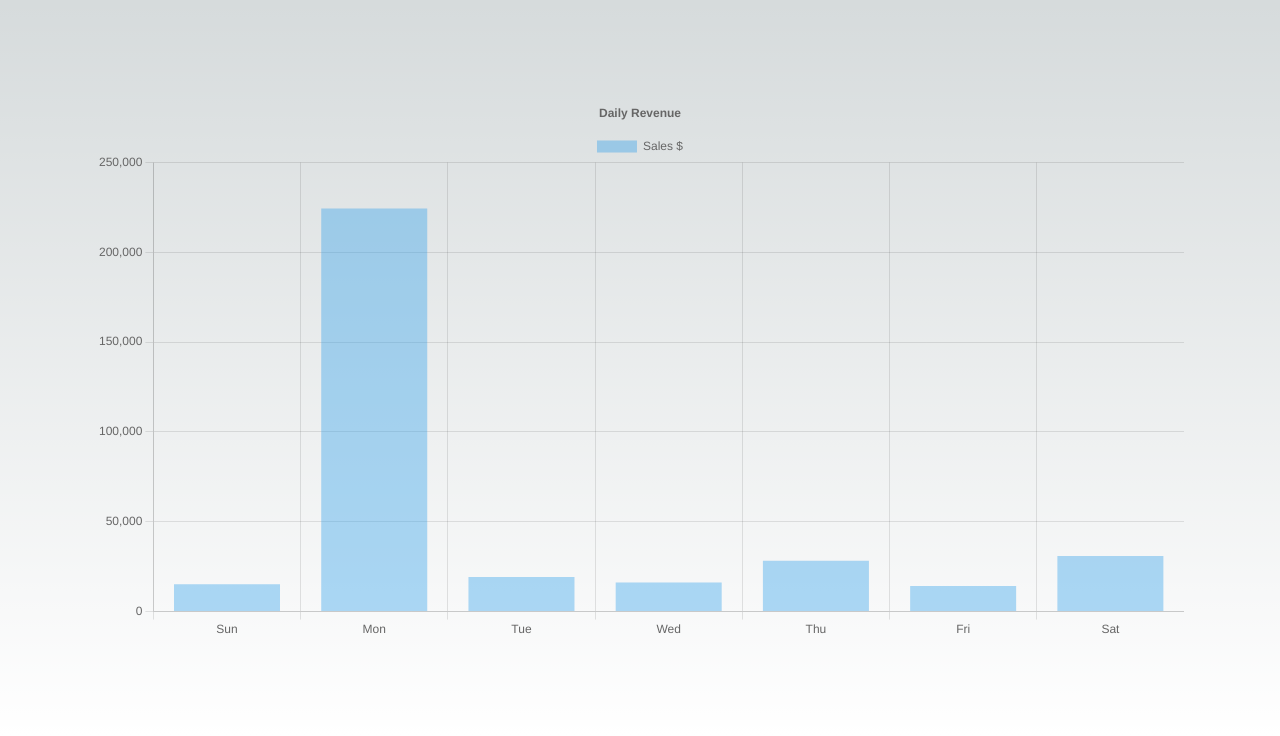
Repository: Ktan61/exercise-5
Page: /
An editor plug-in stored every save of this project. The page is shown before and after the next save, followed by the edit.
The browser window is 1280 px wide. The pictures show the whole page.
The project was rebuilt for these pictures with package versions that can differ from the ones it lists, and the page was loaded fresh each time. The framework's server and built-in components were replaced by stand-ins that run in the browser. Also part of the build but not shown: next.config.mjs.

Above is the page before, as saved 2024-04-15 10:19:41.

### pages/index.js
import styles from "@/styles/Home.module.css";
import VerticalChart from "@/components/VerticalChart";

export default function Home() {
  return (
    <>
      <main className={`${styles.main}`}>
        <VerticalChart/>
      </main>
    </>
  );
}

### components/VerticalChart/index.js
import styles from './VerticalChart.module.css'
import { Bar } from 'react-chartjs-2'

import {
    Chart as ChartJS,
    CategoryScale,
    LinearScale,
    BarElement,
    Title,
    Tooltip,
    Legend
} from 'chart.js'

import { useEffect, useState } from 'react'

ChartJS.register(
    CategoryScale,
    LinearScale,
    BarElement,
    Title,
    Tooltip,
    Legend
)

export default function VerticalChart() {
    const [chartData, setChartData] = useState({
        datasets: []
    })
    const [chartOptions, setChartOptions] = useState({});

    useEffect(() => {
        setChartData({
            labels: ["Sun", "Mon", "Tue", "Wed", "Thu", "Fri", "Sat"],
            datasets: [
                {
                    label: 'Sales $',
                    data: [15234, 224382, 19245, 16243, 28356, 14235, 31000],
                    borderColor: 'rgb(53, 162, 235)',
                    backgroundColor: 'rgba(53, 162, 235, 0.4)'
                }
            ]
        })

        setChartOptions({
            plugins: {
                legend: {
                    position: 'top'
                },
                title: {
                    display: true,
                    text: "Daily Revenue"
                }
            },
            maintainAspectRatio: false,
            responsive: true
        })
    }, [])

    return (
        <>
            <Bar data={chartData} options={chartOptions} style={{width: "500px", height: "300px"}}/>
        </>
    )
}

Loaded but not shown: pages/_app.js (common file); pages/_document.js (common file); styles/globals.css (common file); styles/Home.module.css (common file); components/VerticalChart/VerticalChart.module.css (no stored copy; drawn as an empty file)

After the next save:
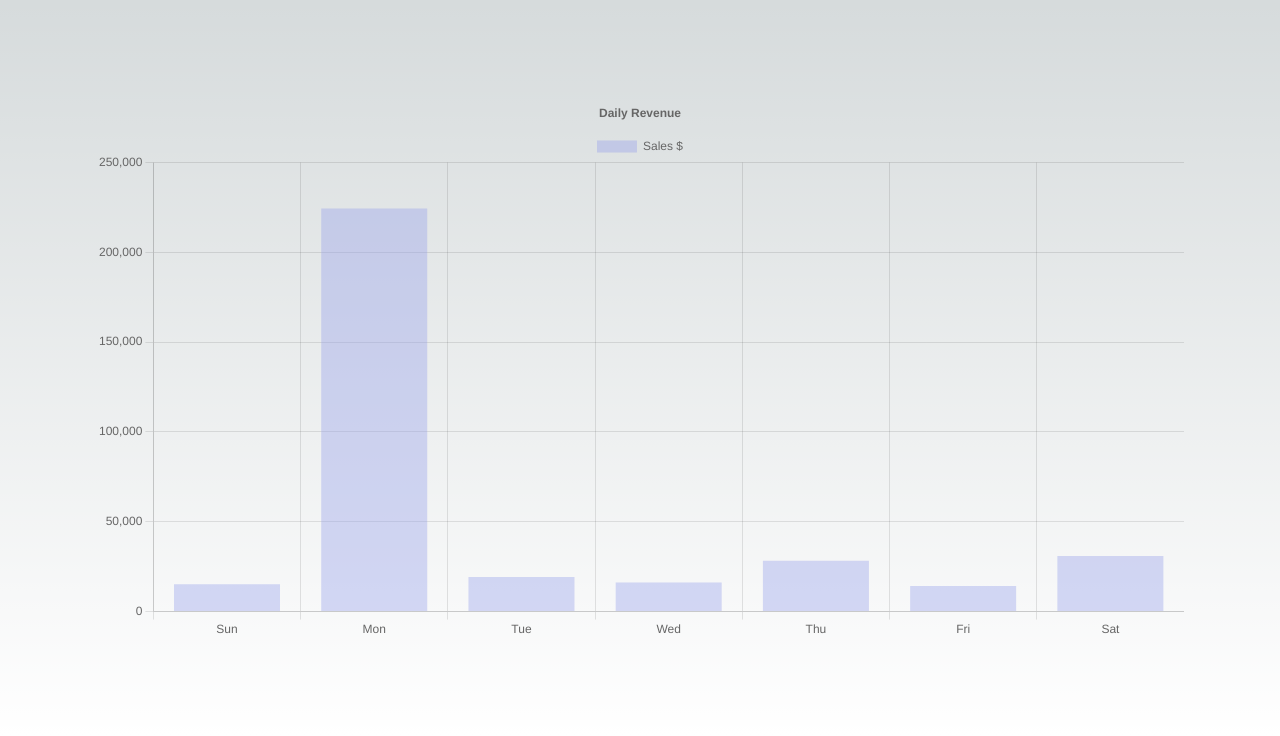
Saved 4 s later.
--- a/components/VerticalChart/index.js
+++ b/components/VerticalChart/index.js
@@ -36,7 +36,7 @@
                     label: 'Sales $',
                     data: [15234, 224382, 19245, 16243, 28356, 14235, 31000],
                     borderColor: 'rgb(53, 162, 235)',
-                    backgroundColor: 'rgba(53, 162, 235, 0.4)'
+                    backgroundColor: 'rgba(153, 162, 235, 0.4)'
                 }
             ]
         })

After the save that followed:
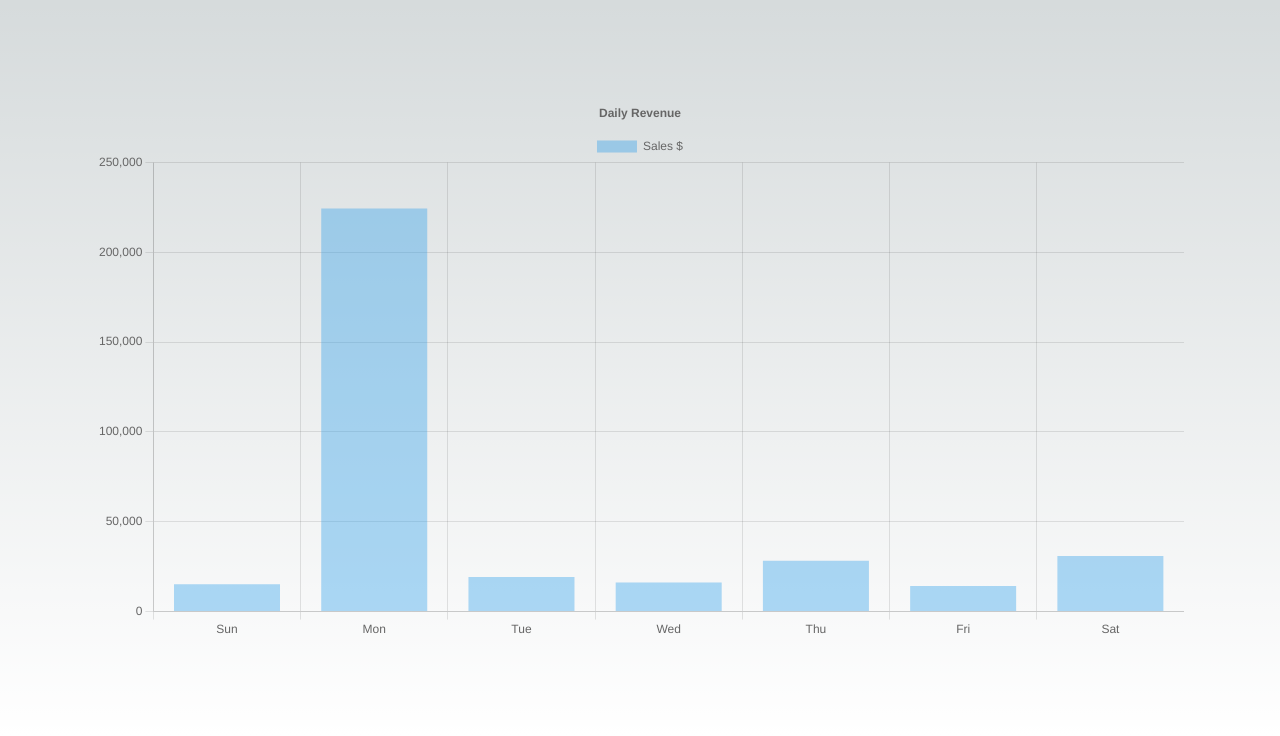
Saved 12 s later.
--- a/components/VerticalChart/index.js
+++ b/components/VerticalChart/index.js
@@ -36,7 +36,7 @@
                     label: 'Sales $',
                     data: [15234, 224382, 19245, 16243, 28356, 14235, 31000],
                     borderColor: 'rgb(53, 162, 235)',
-                    backgroundColor: 'rgba(153, 162, 235, 0.4)'
+                    backgroundColor: 'rgba(53, 162, 235, 0.4)'
                 }
             ]
         })
